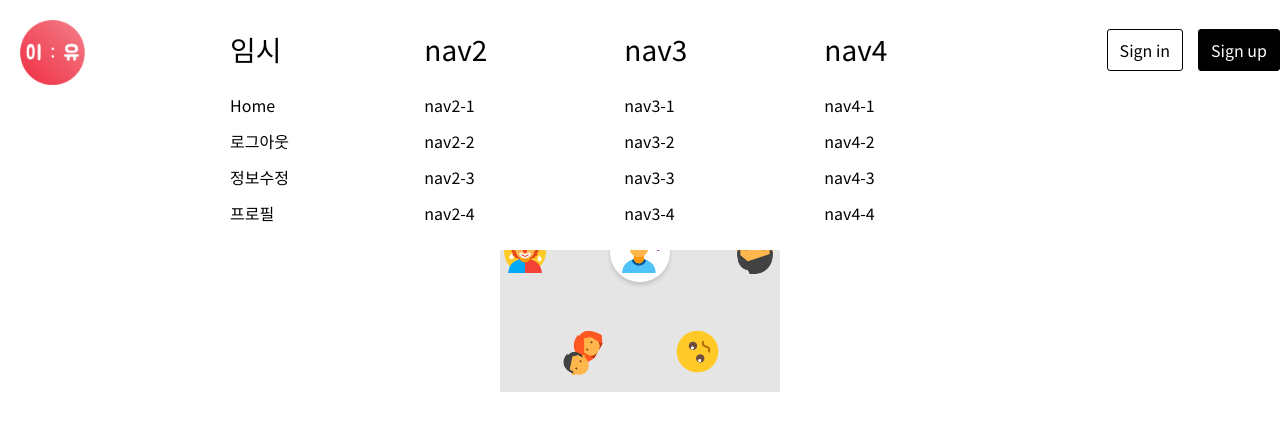
Repository: ryuwc/E_U
Page: /feeling (app in final-pjt-front/)
The author's editor kept a copy of each file at every save. The page is drawn from the files as they stood at one save, then again after the next save.
The browser window is 1280 px wide. The pictures show the whole page.
The page's requests for data from a server got no answer. Some web libraries are served in a nearby version. The project was rebuilt for these pictures with package versions that can differ from the ones it lists, and the page was loaded fresh each time. No one was signed in, and anything a server would have sent is missing. Also part of the build but not shown: final-pjt-front/vue.config.js.

Above is the page before, as saved 2022-11-23 12:06:27.

After the next save:
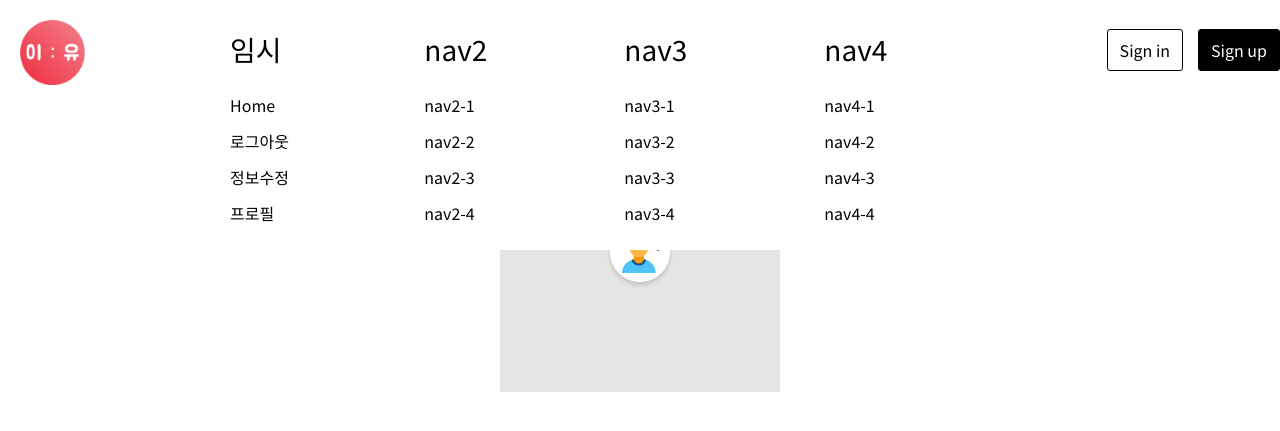
Saved 56 s later.
--- a/final-pjt-front/src/views/movies/FeelingMovieView.vue
+++ b/final-pjt-front/src/views/movies/FeelingMovieView.vue
@@ -91,6 +91,11 @@ export default {
   transition: 0.5s;
   transform: rotate(calc(360deg / 6 * var(--i)));
   transform-origin: 140px;
+  scale: 0;
+}
+
+.menu.active li {
+  scale: 1;
 }
 
 .menu li a {
